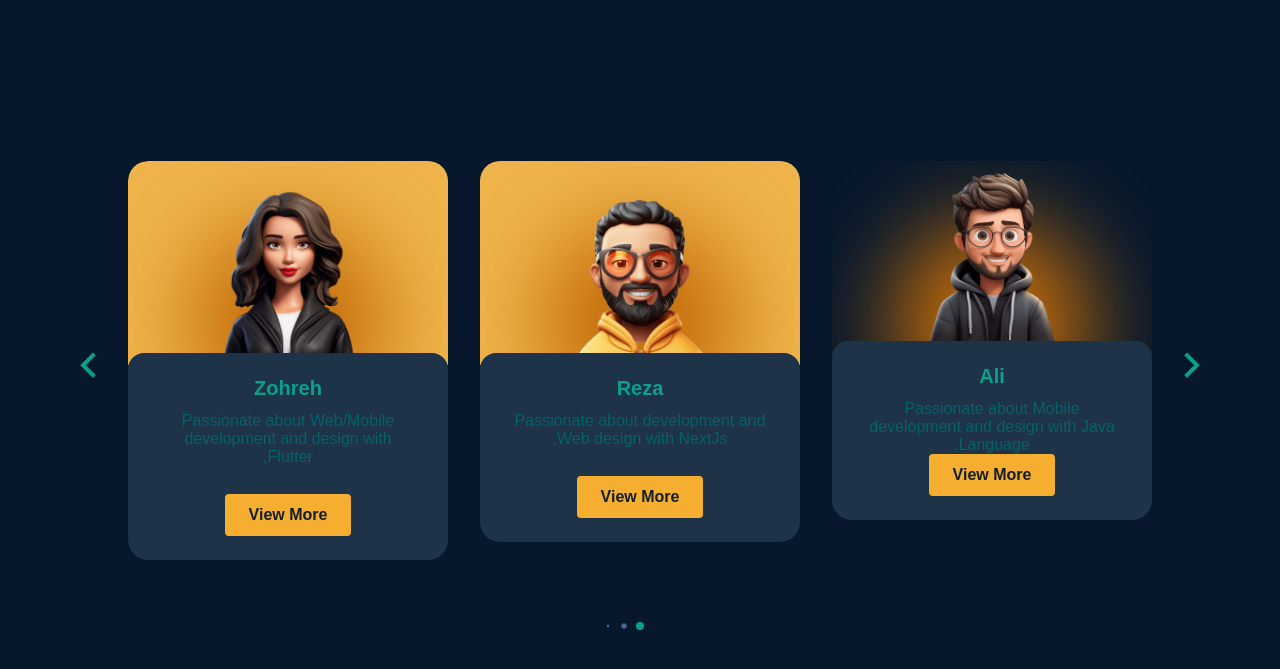
Repository: soroush-g/Card-Slider
Page: index.html
An editor plug-in stored every save of this project. The page is shown before and after a run of saves, followed by the edit.
The browser window is 1280 px wide. The pictures show the whole page.
Some web fonts or font styles are not loaded; a fallback is used.

Above is the page before, as saved 2024-07-22 11:27:18.

After the next 2 saves:
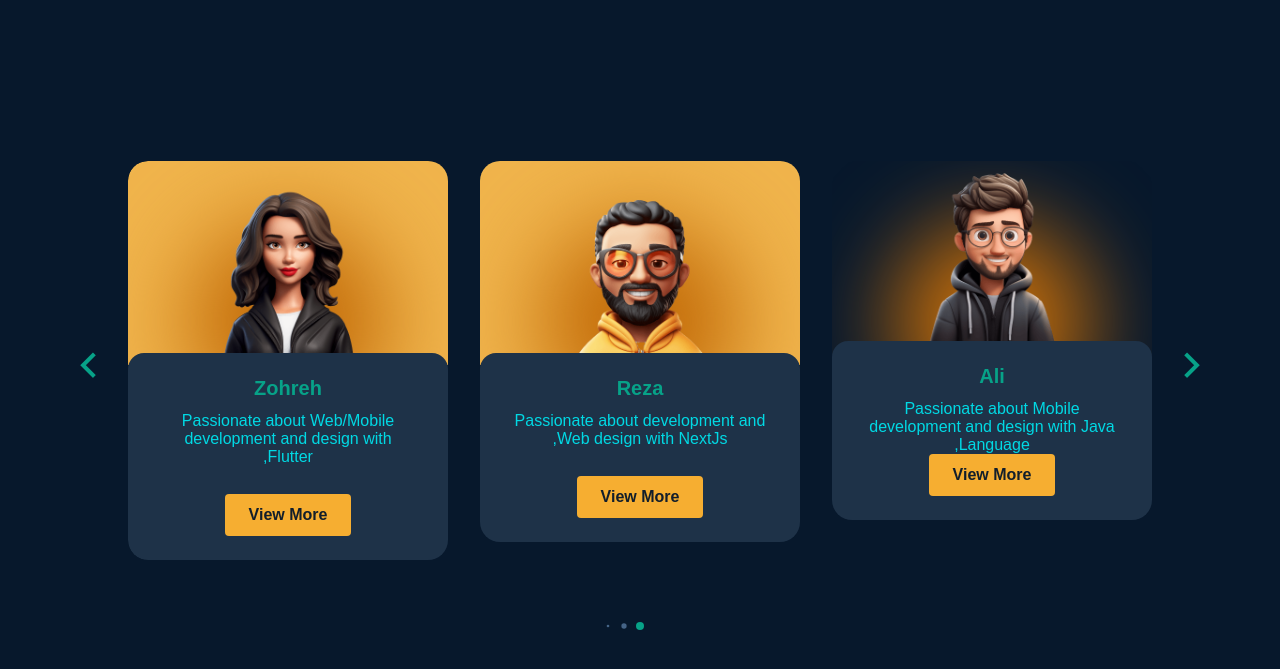
The 2 saves are shown as one change because they came seconds apart.
The last was saved 8 s later.
--- a/assets/css/styles.css
+++ b/assets/css/styles.css
@@ -10,7 +10,7 @@
   --first-color-alt: hsl(32, 91%, 40%);
   --second-color: hsl(170, 92%, 33%);
   --dark-color: hsl(212, 40%, 12%);
-  --white-color: hsl(183, 94%, 21%);
+  --white-color: hsl(183, 99%, 45%);
   --body-color: hsl(212, 73%, 10%);
   --container-color: hsl(212, 42%, 20%);
 
